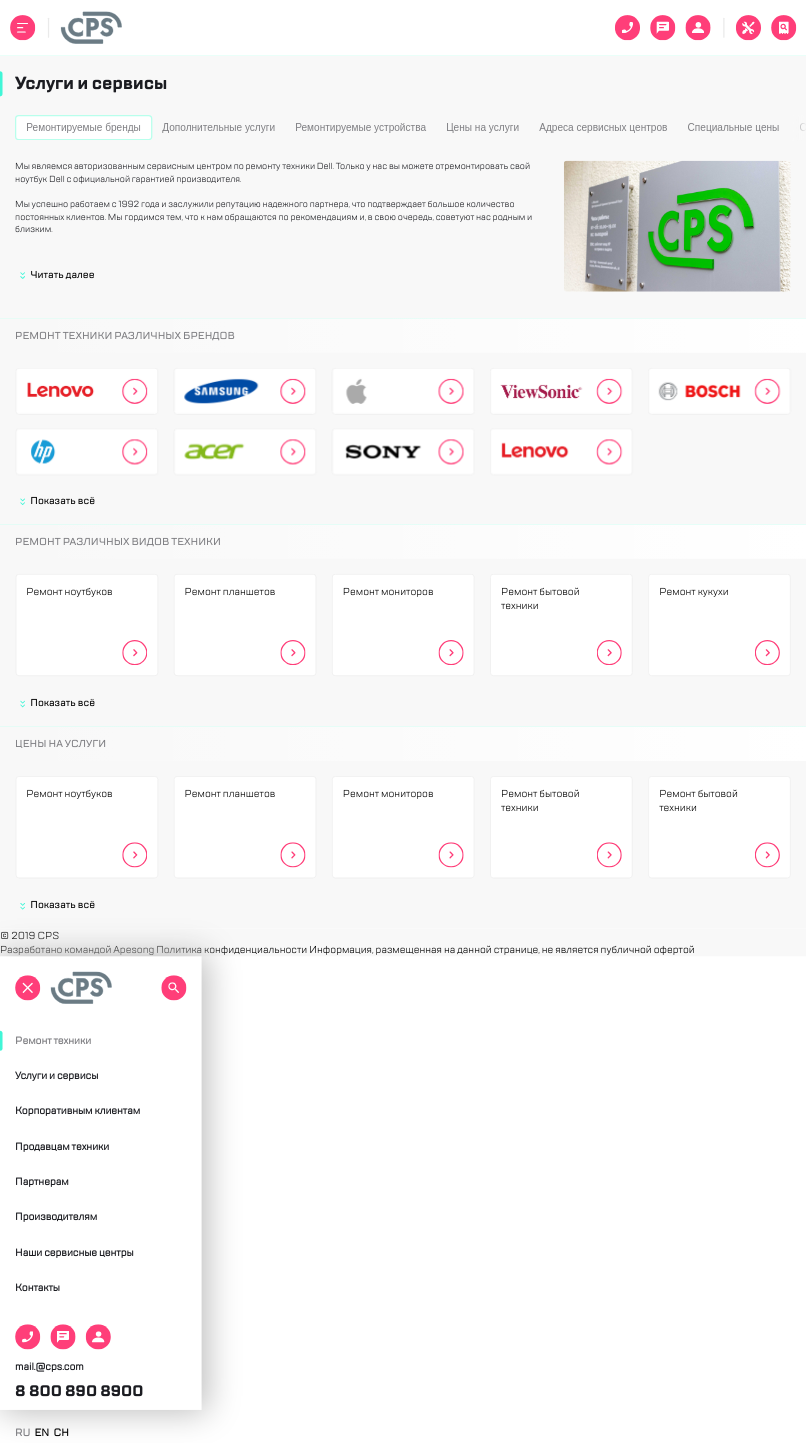
Repository: Dedoxa/WebCoreF
Page: /
An editor plug-in stored every save of this project. The page is shown before and after the next save, followed by the edit.
The browser window is 1280 px wide. The pictures show the whole page, at 63% of full size.
The project was rebuilt for these pictures with package versions that can differ from the ones it lists, and the page was loaded fresh each time. Also part of the build but not shown: webpack.config.js.

Above is the page before, as saved 2024-06-14 16:50:34.

### src/index.html
<!DOCTYPE html>
<html lang="en">
  <head>
    <meta charset="UTF-8" />
    <meta
      name="viewport"
      content="width=device-width, user-scalable=no, initial-scale=1.0, maximum-scale=1.0, minimum-scale=1.0"
    />
    <meta http-equiv="X-UA-Compatible" content="ie=edge" />
    <title>WebCoreFinal</title>
  </head>
  <body>
    <header class="header">
      <div class="header__left-side">
        <a id="burger" href="#" class="icon header__icon"></a>
        <a id="logo" href="#" class="icon header__icon"></a>
      </div>
      <div class="header__right-side">
        <a id="call" href="#" class="icon header__icon"></a>
        <a id="chat" href="#" class="icon header__icon"></a>
        <a id="profile" href="#" class="icon header__icon"></a>
        <a id="repair" href="#" class="icon header__icon"></a>
        <a id="checkStatus" href="#" class="icon header__icon"></a>
      </div>
    </header>
    <main>
      <section class="presentation">
        <div class="presentation__wrapper">
          <div class="presentation__title">
            <h1 class="presentation__heading">Услуги и сервисы</h1>
            <div class="presentation__right-area">
              <label class="presentation__icon-area">
                <span class="presentation__icon-text">Оставить заявку</span>
                <a id="repair" href="#" class="icon presentation__icon"></a>
              </label>
              <label class="presentation__icon-area">
                <span class="presentation__icon-text">Статус ремонта</span>
                <a id="checkStatus" href="#" class="icon presentation__icon"></a>
              </label>
            </div>
          </div>
          <div class="presentation__buttons">
            <button href="#" class="presentation__button presentation__button--focus">
              Ремонтируемые бренды
            </button>
            <button href="#" class="presentation__button">
              Дополнительные услуги
            </button>
            <button href="#" class="presentation__button">
              Ремонтируемые устройства
            </button>
            <button href="#" class="presentation__button">
              Цены на услуги
            </button>
            <button href="#" class="presentation__button">
              Адреса сервисных центров
            </button>
            <button href="#" class="presentation__button">
              Специальные цены
            </button>
            <button href="#" class="presentation__button">Отзывы</button>
            <div class="presentation__right-fade-effect"></div>
          </div>
          <div class="presentation__container">
            <div class="presentation__description">
              <p class="presentation__text">
                Мы являемся авторизованным сервисным центром по ремонту техники
                Dell. Только у нас вы можете отремонтировать свой ноутбук Dell с
                официальной гарантией производителя. <br /><br />
                Мы успешно работаем с 1992 года и заслужили репутацию надежного
                партнера, что подтверждает большое количество постоянных клиентов.
                Мы гордимся тем, что к нам обращаются по рекомендациям и, в свою
                очередь, советуют нас родным и близким.
              </p>
              <span class="presentation__toggler">Читать далее</span>
            </div>
            <img src="img/CPS-img-tablet.jpg" alt="" class="presentation__image-tablet" />
            <img
              src="img/CPS-img-desktop.jpg"
              alt=""
              class="presentation__image-desktop"
            />
          </div>
        </div>
        <img src="img/CPS-img-phone.jpg" alt="" class="presentation__image-phone" />
      </section>
      <section class="plates">
        <header class="plates__heading">
            <div class="plates__wrapper plates__wrapper-heading">
                <span>Ремонт техники различных брендов</span>
            </div>
        </header>
        <div class="plates__content-area">
            <div class="plates__wrapper">
                <div class="plates__swiper-container">
                    <div class="swiper plates__swiper">
                        <div id="plate-options" class="swiper-wrapper plates__brands-wrapper">
                            <div class="swiper-slide plates__slide">
                                <div class="plates__brand-plate">
                                    <img src="../img/logo-lenovo.png"  width="108" height="32"  class="plates__logo"></img>
                                    <img class="plates__dropdown"></img>
                                </div>
                            </div>
                            <div class="swiper-slide plates__slide">
                                <div class="plates__brand-plate">
                                    <img src="../img/logo-samsung.png" width="116" height="38.52" class="plates__logo"></img>
                                    <img class="plates__dropdown"></img>
                                </div>
                            </div>
                            <div class="swiper-slide plates__slide">
                                <div class="plates__brand-plate">
                                    <img src="../img/logo-apple.png" width="44" height="44" class="plates__logo"></img>
                                    <img class="plates__dropdown"></img>
                                </div>
                            </div>
                            <div class="swiper-slide plates__slide">
                                <div class="plates__brand-plate">
                                    <img src="../img/logo-viewSonic.png" width="128" height="21" class="plates__logo"></img>
                                    <img class="plates__dropdown"></img>
                                </div>
                            </div>
                            <div class="swiper-slide plates__slide">
                                <div class="plates__brand-plate">
                                    <img src="../img/logo-bosch.png" width="128" height="28.6" class="plates__logo"></img>
                                    <img class="plates__dropdown"></img>
                                </div>
                            </div>
                            <div class="swiper-slide plates__slide">
                                <div class="plates__brand-plate">
                                    <img src="../img/logo-hp.png" width="52" height="52" class="plates__logo"></img>
                                    <img class="plates__dropdown"></img>
                                </div>
                            </div>
                            <div class="swiper-slide plates__slide">
                                <div class="plates__brand-plate">
                                    <img src="../img/logo-acer.png" width="94" height="24" class="plates__logo"></img>
                                    <img class="plates__dropdown"></img>
                                </div>
                            </div>
                            <div class="swiper-slide plates__slide">
                                <div class="plates__brand-plate">
                                    <img src="../img/logo-sony.png" width="128" height="25.6" class="plates__logo"></img>
                                    <img class="plates__dropdown"></img>
                                </div>
                            </div>
                            <div class="swiper-slide plates__slide">
                                <div class="plates__brand-plate">
                                    <img src="../img/logo-lenovo.png"  width="108" height="32"  class="plates__logo"></img>
                                    <img class="plates__dropdown"></img>
                                </div>
                            </div>
                        </div>
                        <div class="swiper-pagination"></div>
                    </div>
                </div>
            </div>
            <div class="plates__toggler-area">
                <label class="plates__wrapper plates__wrapper-toggler">
                    <span id="plates-toggler" class="plates__toggler">Показать всё</span>
                </label>
            </div>
        </div>
      </section>
      <section class="plates">
        <header class="plates__heading">
            <div class="plates__wrapper plates__wrapper-heading">
                <span>Ремонт различных видов техники</span>
            </div>
        </header>
        <div class="plates__content-area">
            <div class="plates__wrapper">
                <div class="plates__swiper-container">
                    <div class="swiper plates__swiper">
                        <div id="device-options" class="swiper-wrapper plates__devices-wrapper">
                            <div class="swiper-slide plates__slide">
                                <div class="plates__device-plate">
                                  <span class="plates__logo">Ремонт ноутбуков</span>
                                  <img class="plates__dropdown"></img>
                                </div>
                            </div>
                            <div class="swiper-slide plates__slide">
                                <div class="plates__device-plate">
                                  <span class="plates__logo">Ремонт планшетов</span>
                                  <img class="plates__dropdown"></img>
                                </div>
                            </div>
                            <div class="swiper-slide plates__slide">
                                <div class="plates__device-plate">
                                  <span class="plates__logo">Ремонт мониторов</span>
                                  <img class="plates__dropdown"></img>
                                </div>
                            </div>
                            <div class="swiper-slide plates__slide">
                                <div class="plates__device-plate">
                                  <span class="plates__logo">Ремонт бытовой техники</span>
                                  <img class="plates__dropdown"></img>
                                </div>
                            </div>
                            <div class="swiper-slide plates__slide">
                                <div class="plates__device-plate">
                                  <span class="plates__logo">Ремонт кукухи</span>
                                  <img class="plates__dropdown"></img>
                                </div>
                            </div>
                            <div class="swiper-slide plates__slide">
                                <div class="plates__device-plate">
                                  <span class="plates__logo">Ремонт шмемонт</span>
                                  <img class="plates__dropdown"></img>
                                </div>
                            </div>
                            <div class="swiper-slide plates__slide">
                                <div class="plates__device-plate">
                                  <span class="plates__logo">Ремонт бельмонт</span>
                                  <img class="plates__dropdown"></img>
                                </div>
                            </div>
                            <div class="swiper-slide plates__slide">
                                <div class="plates__device-plate">
                                  <span class="plates__logo">Ремонт взял тебя на понт</span>
                                  <img class="plates__dropdown"></img>
                                </div>
                            </div>
                            <div class="swiper-slide plates__slide">
                                <div class="plates__device-plate">
                                  <span class="plates__logo">Ремонт дорог (вечный*)</span>
                                  <img class="plates__dropdown"></img>
                                </div>
                            </div>
                        </div>
                        <div class="swiper-pagination"></div>
                    </div>
                </div>
            </div>
            <div class="plates__toggler-area">
                <label class="plates__wrapper plates__wrapper-toggler">
                    <span id="devices-toggler" class="plates__toggler">Показать всё</span>
                </label>
            </div>
        </div>
      </section>
      <section class="plates">
        <header class="plates__heading">
            <div class="plates__wrapper plates__wrapper-heading">
                <span>Цены на услуги</span>
            </div>
        </header>
        <div class="plates__content-area">
            <div class="plates__wrapper">
                <div class="plates__swiper-container">
                    <div class="swiper plates__swiper">
                        <div id="device-options" class="swiper-wrapper plates__devices-wrapper">
                            <div class="swiper-slide plates__slide">
                                <div class="plates__device-plate">
                                  <span class="plates__logo">Ремонт ноутбуков</span>
                                  <img class="plates__dropdown"></img>
                                </div>
                            </div>
                            <div class="swiper-slide plates__slide">
                                <div class="plates__device-plate">
                                  <span class="plates__logo">Ремонт планшетов</span>
                                  <img class="plates__dropdown"></img>
                                </div>
                            </div>
                            <div class="swiper-slide plates__slide">
                                <div class="plates__device-plate">
                                  <span class="plates__logo">Ремонт мониторов</span>
                                  <img class="plates__dropdown"></img>
                                </div>
                            </div>
                            <div class="swiper-slide plates__slide">
                                <div class="plates__device-plate">
                                  <span class="plates__logo">Ремонт бытовой техники</span>
                                  <img class="plates__dropdown"></img>
                                </div>
                            </div>
                            <div class="swiper-slide plates__slide">
                                <div class="plates__device-plate">
                                  <span class="plates__logo">Ремонт бытовой техники</span>
                                  <img class="plates__dropdown"></img>
                                </div>
                            </div>
                        </div>
                        <div class="swiper-pagination"></div>
                    </div>
                </div>
            </div>
            <div class="plates__toggler-area">
                <label class="plates__wrapper plates__wrapper-toggler">
                    <span id="devices-toggler" class="plates__toggler">Показать всё</span>
                </label>
            </div>
        </div>
      </section>
      <footer class="footer">
        <div class="footer-wrapper">
          <span>© 2019 CPS<br>Разработано командой Apesong</span>
          <span>Политика конфиденциальности</span>
          <span>Информация, размещенная на данной странице, не является публичной офертой</span>
        </div>
      </footer>

      <aside class="aside-menu">
        <div class="aside-menu__wrapper">
          <div>
            <div class="aside-menu__header">
              <div class="aside-menu__subwrapper">
                <div class="aside-menu__header-left">
                  <a id="cross" href="#" class="icon aside-menu__icon"></a>
                  <a id="logo" href="#" class="icon aside-menu__icon"></a>
                </div>
                <div class="aside-menu__header-right">
                  <a id="search" href="#" class="icon aside-menu__icon"></a>
                </div>
              </div>
            </div>
            <ul class="aside-menu__links-list">
              <li class="aside-menu__link aside-menu__link--active">
                <a href="#" class=""> Ремонт техники </a>
              </li>
              <li class="aside-menu__link"><a href="#"> Услуги и сервисы </a></li>
              <li class="aside-menu__link"><a href="#"> Корпоративным клиентам </a></li>
              <li class="aside-menu__link"><a href="#"> Продавцам техники </a></li>
              <li class="aside-menu__link"><a href="#"> Партнерам </a></li>
              <li class="aside-menu__link"><a href="#"> Производителям </a></li>
              <li class="aside-menu__link"><a href="#"> Наши сервисные центры </a></li>
              <li class="aside-menu__link"><a href="#"> Контакты </a></li>
            </ul>
          </div>
          <section class="aside-menu__down-section">
            <div class="aside-menu__down-wrapper">
              <div class="aside-menu__down-icons">
                <a id="call" href="#" class="icon aside-menu__icon"></a>
                <a id="chat" href="#" class="icon aside-menu__icon"></a>
                <a id="profile" href="#" class="icon aside-menu__icon"></a>
              </div>
              <div>
                <a href="mailto:mail.@cps.com" class="aside-menu__email"><span>mail.@cps.com</span></a>
                <a href="tel:+88008908900" class="aside-menu__phone-number"><span>8 800 890 8900</span></a>
              </div>
              <div class="aside-menu__language-choice">
                <span class="aside-menu__language-option aside-menu__language-option--active">RU</span>
                <span class="aside-menu__language-option">EN</span>
                <span class="aside-menu__language-option">CH</span>
              </div>
            </div>
          </section>
        </div>
      </aside>
    </main>
  </body>
</html>

### src/scss/style.scss
@import url('./\(id\)icons.scss');
@import url('./\(import\)fonts.scss');
@import url('./\(tag\)html.scss');
@import url('./\(tag\)svg.scss');

@import url('./aside-menu.scss');
@import url('./footer.scss');
@import url('./header.scss');
@import url('./icon.scss');
@import url('./plates.scss');
@import url('./presentation.scss');

@import url('../../node_modules/swiper/swiper-bundle.css');
@import url('./swiper-castomization.scss');

@import url('./jsExpand.scss');

### src/scss/(id)icons.scss
#burger {
  background-image: url('../img/ic-burger.svg');
}

#logo {
  background-color: transparent;
  border-radius: 0;
  background-image: url('../img/ic-CPSLogo.svg');
}

#call {
  background-image: url('../img/ic-call.svg');
}

#chat {
  background-image: url('../img/ic-chat.svg');
}

#profile {
  background-image: url('../img/ic-profile.svg');
}

#repair {
  background-image: url('../img/ic-repair.svg');
}

#checkStatus {
  background-image: url('../img/ic-checkstatus.svg');
}

#cross {
  background-image: url('../img/ic-cross.svg');
}

#search {
  background-image: url('../img/ic-search.svg');
}

### src/scss/(import)fonts.scss
@font-face {
  font-family: 'TT Lakes Regular';
  src: url('../fonts/TTLakes-Regular.eot');
  src: url('../fonts/TTLakes-Regular.eot?#iefix') format('embedded-opentype'),
    url('../fonts/TTLakes-Regular.woff') format('woff'),
    url('../fonts/TTLakes-Regular.ttf') format('truetype');
  font-weight: normal;
  font-style: normal;
}

@font-face {
  font-family: 'TT Lakes Bold';
  src: url('../fonts/TTLakes-Bold.eot');
  src: url('../fonts/TTLakes-Bold.eot?#iefix') format('embedded-opentype'),
    url('../fonts/TTLakes-Bold.woff') format('woff'),
    url('../fonts/TTLakes-Bold.ttf') format('truetype');
  font-weight: normal;
  font-style: normal;
}

@font-face {
  font-family: 'TT Lakes Medium';
  src: url('../fonts/TTLakes-Medium.eot');
  src: url('../fonts/TTLakes-Medium.eot?#iefix') format('embedded-opentype'),
    url('../fonts/TTLakes-Medium.woff') format('woff'),
    url('../fonts/TTLakes-Medium.ttf') format('truetype');
  font-weight: normal;
  font-style: normal;
}

### src/scss/(tag)html.scss
html {
  box-sizing: border-box;
  font-family: 'TT Lakes Regular', Times, serif;

  * {
    box-sizing: inherit;
    margin: 0;
    padding: 0;

    &:before,
    &:after {
      box-sizing: inherit;
      margin: 0;
      padding: 0;
    }
  }
}

### src/scss/(tag)svg.scss
svg {
  position: absolute;
  top: 50%;
  left: 50%;
  transform: translate(-50%, -50%);
}

### src/scss/footer.scss
.footer {
  background-color: #f8f8f8;

  .aside-footer__wrapper {
    display: flex;
    flex-direction: column;
    justify-content: end;
    font-size: 14px;
    color: #7e7e82;
    text-align: center;
    gap: 16px;

    @media (min-width: 768px) {
      flex-direction: row;
    }
  }
}

### src/scss/icon.scss
.icon {
  flex: 0 0 auto;
  position: relative;
  width: 40px;
  height: 40px;
  background-color: #ff3e79;
  background-repeat: no-repeat;
  background-position: center;
  border-radius: 50%;
  transition: opacity linear 0.2s;
  opacity: 100%;

  &:hover {
    transition: opacity linear 0.2s;
    opacity: 50%;
  }
}

### src/scss/swiper-castomization.scss
.swiper-pagination {
  .swiper-pagination-bullet {
    width: 12px;
    height: 12px;
    background-color: #dddddd;
  }

  .swiper-pagination-bullet-active {
    background-color: #b5b6bc;
  }
}

### src/scss/jsExpand.scss
.jsExpand {
  height: max-content !important;
}

Loaded but not shown: src/js/js.js (51 lines, source omitted); src/js/index.js (4 lines, source omitted); src/scss/presentation.scss (262 lines, source omitted); src/scss/plates.scss (205 lines, source omitted); src/scss/aside-menu.scss (163 lines, source omitted); src/scss/header.scss (87 lines, source omitted)

After the next save:
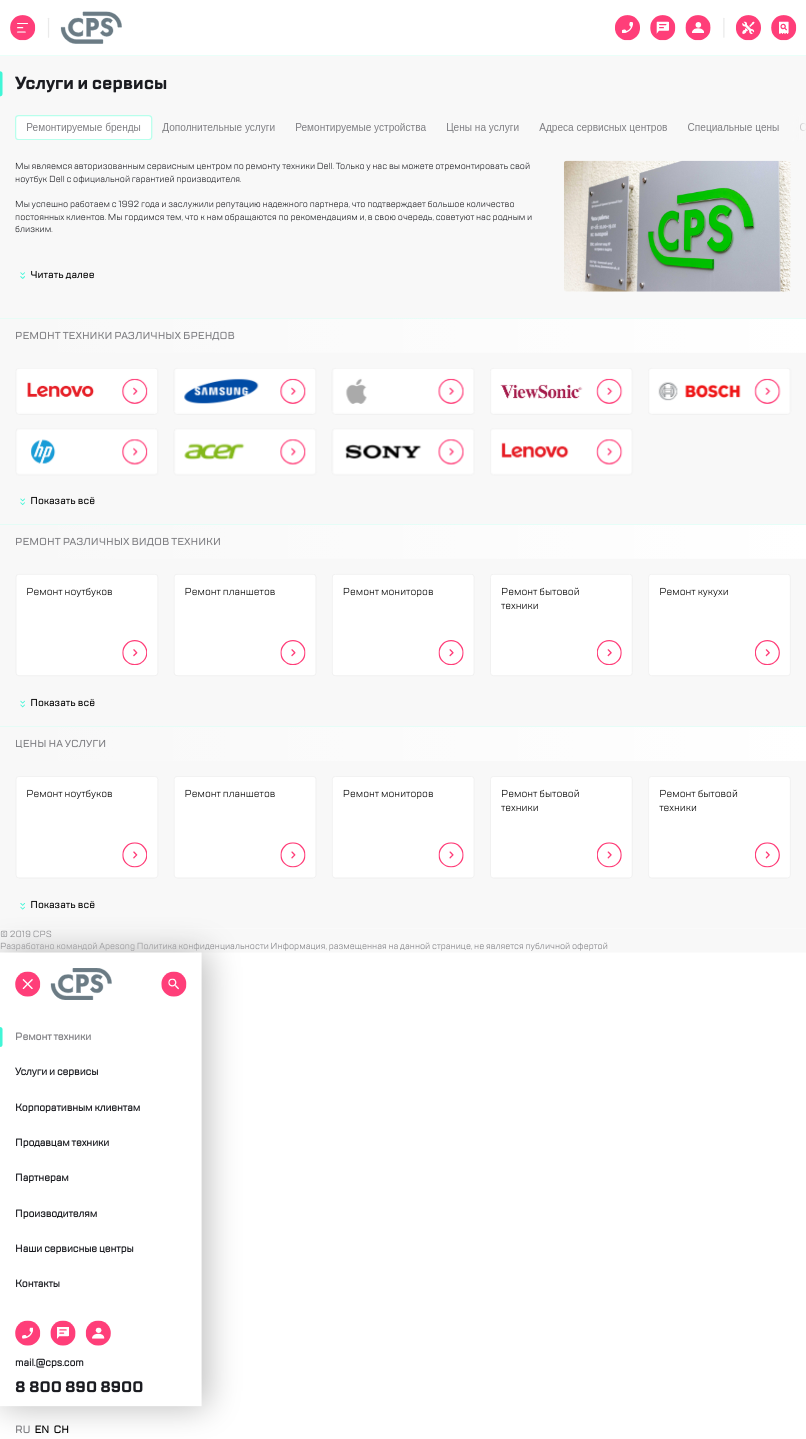
Saved 24 s later.
--- a/src/scss/footer.scss
+++ b/src/scss/footer.scss
@@ -1,12 +1,11 @@
 .footer {
   background-color: #f8f8f8;
+  color: #7e7e82;
+  font-size: 14px;
 
   .aside-footer__wrapper {
     display: flex;
     flex-direction: column;
-    justify-content: end;
-    font-size: 14px;
-    color: #7e7e82;
     text-align: center;
     gap: 16px;
 
